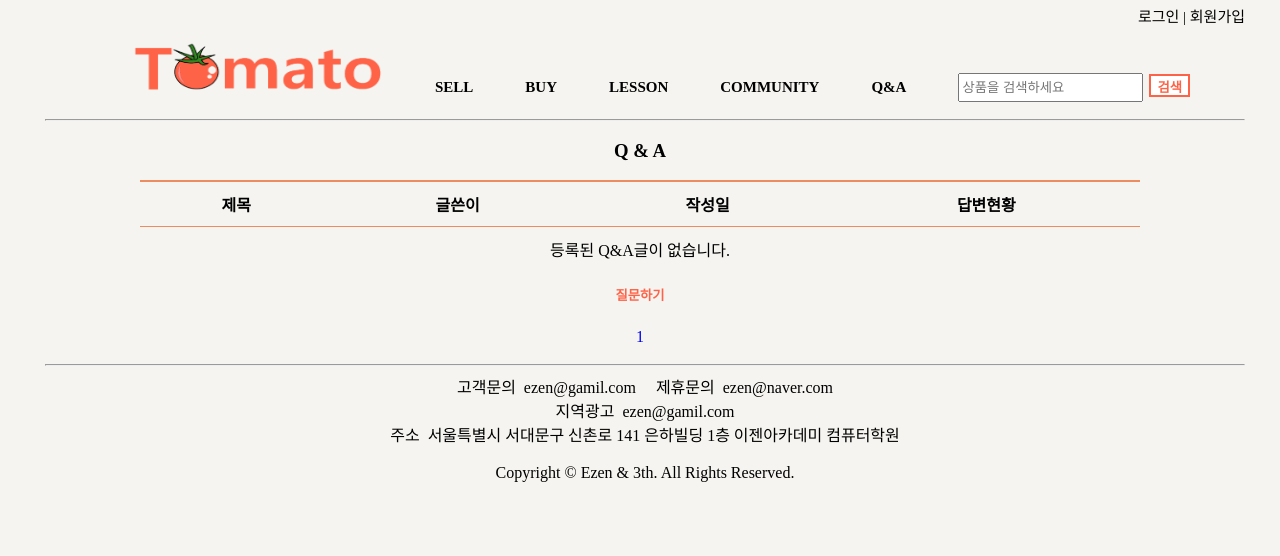
Repository: javadogfoot/semi-project
Page: http://localhost/tomato/qna/qnaList.jsp?cp=1
An editor plug-in stored every save of this project. The page is shown before and after the next save, followed by the edit.
The browser window is 1280 px wide. The pictures show the whole page.
The page is served by Tomcat 9. Other server files are loaded and not shown. Queries for data that is not in the repository find no rows.

Above is the page before, as saved 2021-10-18 17:16:29.

### semi프로젝트워크스페이스/tomato/src/main/webapp/qna/qnaList.jsp
<%@ page language="java" contentType="text/html; charset=UTF-8"
    pageEncoding="UTF-8"%>
<%@ page import="java.util.*" %>
<%@ page import="tomato.qna.*" %>
<jsp:useBean id="qdao" class="tomato.qna.QnaDAO" scope="session"></jsp:useBean>
<!DOCTYPE html>
<html>
<head>
<meta charset="UTF-8">
<title>Insert title here</title>
<link rel="stylesheet" type="text/css" href="/tomato/css/mainLayout.css">
<style>
a { text-decoration:none }
h3{
	text-align: center;
}
#table{
	margin: 0px auto;
	width: 1000px;
	border-collapse: collapse;
}
#table th{
	border-bottom: 1px solid #EB8C61;
	border-top: 2px solid #EB8C61;
	padding: 10px;
}
#table td{
	padding: 10px;
}
#joinbtnq {
   background: #f5f4f0;
   color: tomato;
   font-weight: bold;
   height: 23px;
   margin: 2px;
   border: none;
}
#joinbtnq:hover {
   background-color: tomato;
   color: white;
   font-weight: bold;
   height: 23px;
   margin: 2px;
   border: none;
  }
</style>
</head>
<%
int totalCnt=qdao.getTotalCnt();//총게시물 수
int listSize=20;//보여줄 리스트 수
int pageSize=5;//보여줄 페이지 수

String cp_s=request.getParameter("cp");
if(cp_s==null||cp_s.equals("")){
   cp_s="1";
}

int cp=Integer.parseInt(cp_s);//사용자 위치

int totalPage=(totalCnt/listSize)+1;
if(totalCnt%listSize==0)totalPage--;


int userGroup=cp/pageSize;
if(cp%pageSize==0)userGroup--;
%>
<body>
<%@include file="/header.jsp" %>
<section>
	<article>
		<h3>Q & A</h3>
		<table id="table">
			<thead>
				<tr>
					<th colspan="2">제목</th>
					<th>글쓴이</th>
					<th>작성일</th>
					<th>답변현황</th>
				</tr>
			</thead>
			<tfoot>
				<tr>
					<td colspan="5" align="center"><input type="button" value="질문하기" id="joinbtnq" onclick="location.href='qnaWrite.jsp'"></td>
				</tr>
				<tr>
					<td colspan="5" align="center">
					<%
					if(userGroup!=0){
					   %>
					   <a href="qnaList.jsp?cp=<%=(userGroup-1)*pageSize+pageSize%>">&lt;&lt;</a>
					   <%
					}
					%>
					<%
					for(int i=userGroup*pageSize+1;i<=userGroup*pageSize+pageSize;i++){
					   %>&nbsp;&nbsp;&nbsp;<a href="qnaList.jsp?cp=<%=i%>"><%=i%></a>&nbsp;&nbsp;&nbsp;<%
					   if(i==totalPage){
					      break;
					   }
					}
					%>
					<%
					if(userGroup!=(totalPage/pageSize)-(totalPage%pageSize==0?1:0)){
					   %>
					   <a href="qnaList.jsp?cp=<%=(userGroup+1)*pageSize+1%>">&gt;&gt;</a>
					   <%
					}
					%>
					</td>
				</tr>
			</tfoot>
			<tbody>
			<%
			ArrayList<QnaDTO> arr=qdao.qnaList(cp,listSize);
			if(arr==null||arr.size()==0){
				%>
				<tr>
					<td colspan="5" align="center">등록된 Q&A글이 없습니다.</td>
				</tr>
				<%
			}else {
				for(int i=0;i<arr.size();i++){
					%>
					<tr>
						<td><%=arr.get(i).getQ_idx() %></td>
						<td>
						<%
						for(int k=0;k<arr.get(i).getQ_lev();k++){
							out.println("&nbsp;&nbsp;");
						}
						%>
						<a href="qnaContent.jsp?q_idx=<%=arr.get(i).getQ_idx() %>">
						<%=arr.get(i).getQ_sub()%></a></td>
						<td><%=arr.get(i).getM_id() %></td>
						<td><%=arr.get(i).getQ_joindate() %></td>
						<td><%=arr.get(i).getQ_status() %></td>
					</tr>
					<%
				}
			}
			%>
			</tbody>
		</table>
	</article>
</section>
<%@include file="/footer.jsp" %>
</body>
</html>

### semi프로젝트워크스페이스/tomato/src/main/webapp/header.jsp
<%@ page language="java" contentType="text/html; charset=UTF-8"
    pageEncoding="UTF-8"%>
<!DOCTYPE html>
<html>
<head>
<meta charset="UTF-8">
<title>Insert title here</title>
<style>

#btn1{
   background-color: white;
   color: tomato;
   font-weight: bold;
   height:23px;
   border: none;
   margin:2px;
   border: 2px solid tomato;
}
#btn1:hovertn1{
   background-color: tomato;
   color: white;
   font-weight: bold;
   height:23px;
   border: none;
   margin:2px;
   border: 2px solid tomato;
}
</style>
</head>
<body>
<header>
<%
String m_id=(String)session.getAttribute("m_id");
String m_name=(String)session.getAttribute("m_name");
if(m_id==null){
   %>
   <div>
   <a href="/tomato/member/login.jsp">로그인</a> | <a href="/tomato/member/join.jsp">회원가입</a>
   </div>
   <%
}else{
      %>
   <div>
   <%
   if(m_id.equals("admin")){
      %>
      <a href="/tomato/admin/memberList_admin.jsp"><%=m_name %>님 마이페이지</a> |
      <%
   }else{
      %>
      <a href="/tomato/member/mypage.jsp"><%=m_name %>님 마이페이지</a> |
      <%
   }
   %>
   <a href="/tomato/member/logout.jsp">로그아웃</a>
   </div>
   <%
}
%>
<nav>
<ul>
   <li><h1><a href="/tomato/index.jsp"><img src="/tomato/img/토마토_메인로고.png" alt="메인로고" height="50px" width="250px"></a></h1></li>
   <li><h2><a href="/tomato/sell/sell.jsp">SELL</a></h2></li>
   <li><h2><a href="/tomato/buy/buyList.jsp?col=s_idx&range=desc">BUY</a></h2></li>
   <li><h2><a href="/tomato/lesson/lessonList.jsp">LESSON</a></h2></li>
   <li><h2><a href="/tomato/community/community.jsp">COMMUNITY</a></h2></li>
   <li><h2><a href="/tomato/qna/qnaList.jsp">Q&A</a></h2></li>
   <li>
		<form name="headerSearch" action="/tomato/buy/headerBuySearch.jsp" style="display: inline;">
			<input type="text" name="searchValue" placeholder="상품을 검색하세요">
			<input type="submit" value="검색" id="btn1">
		</form>
	</li>
</ul>
</nav>
<hr/>
</header>
</body>
</html>

### semi프로젝트워크스페이스/tomato/src/main/webapp/footer.jsp
<%@ page language="java" contentType="text/html; charset=UTF-8"
    pageEncoding="UTF-8"%>
<!DOCTYPE html>
<html>
<head>
<meta charset="UTF-8">
<title>Insert title here</title>
</head>
<body>
<footer>
<hr/>
<div>
고객문의&nbsp;&nbsp;ezen@gamil.com &nbsp;&nbsp;&nbsp;&nbsp;제휴문의&nbsp;&nbsp;ezen@naver.com
<br/>
지역광고&nbsp;&nbsp;ezen@gamil.com
<br/>
주소&nbsp;&nbsp;서울특별시 서대문구 신촌로 141 은하빌딩 1층 이젠아카데미 컴퓨터학원
</div>
<br/>
<div>Copyright &copy; Ezen & 3th. All Rights Reserved.</div>
</footer>
</body>
</html>

### semi프로젝트워크스페이스/tomato/src/main/java/tomato/qna/QnaDAO.java
package tomato.qna;

import java.sql.*;
import java.util.ArrayList;
import javax.naming.*;
import javax.sql.*;

import tomato.db.TomatoDB;

public class QnaDAO {

	private Connection conn;
	private PreparedStatement ps;
	private ResultSet rs;

	public QnaDAO() {
		// TODO Auto-generated constructor stub
	}

	/**ref 마지막 값 구하기 관련 메서드*/
	public int getMaxRef() {
		try {
			String sql="select max(q_ref) from tomato_qna";
			ps=conn.prepareStatement(sql);
			rs=ps.executeQuery();
			int q_ref=0;
			if(rs.next()) {
				q_ref=rs.getInt(1);
			}
			return q_ref;
		} catch (Exception e) {
			e.printStackTrace();
			return 0;
		}finally {
			try {
				if(rs!=null)rs.close();
				if(ps!=null)ps.close();
			} catch (Exception e2) {
				// TODO: handle exception
			}
		}
	}

	/**글 쓰기 관련 메서드*/
	public int qnaWrite(QnaDTO dto,String m_id) {
		try {
			conn=tomato.db.TomatoDB.getConn();
			int q_ref=getMaxRef();
			String sql="insert into tomato_qna values((select m_idx from tomato_member where m_id=?),tomato_qna_q_idx.nextval,?,?,sysdate,'미완료',?,0,0)";
			ps=conn.prepareStatement(sql);
			ps.setString(1, m_id);
			ps.setString(2, dto.getQ_sub());
			ps.setString(3, dto.getQ_con());
			ps.setInt(4, q_ref+1);

			int count=ps.executeUpdate();
			return count;
		} catch (Exception e) {
			// TODO: handle exception
			e.printStackTrace();
			return -1;
		}finally {
			try {
				if(ps!=null)ps.close();
				if(conn!=null)conn.close();
			} catch (Exception e2) {
				// TODO: handle exception
			}
		}
	}

	/**순번 수정 관련 메서드*/
	public void updateSun(int q_ref,int q_sunbun) {
		try {
			String sql="update tomato_qna set q_sunbun=q_sunbun+1 where q_ref=? and q_sunbun>=?";
			ps=conn.prepareStatement(sql);
			ps.setInt(1, q_ref);
			ps.setInt(2, q_sunbun);
			ps.executeUpdate();
		} catch (Exception e) {
			e.printStackTrace();
		}finally {
			try {
				if(ps!=null)ps.close();
			} catch (Exception e2) {
				// TODO: handle exception
			}
		}
	}

	/**답변 글쓰기 관련 메서드*/
	public int qnaReWrite(QnaDTO dto) {
		try {
			conn=tomato.db.TomatoDB.getConn();
			updateSun(dto.getQ_ref(),dto.getQ_sunbun()+1);
			String sql="insert into tomato_qna values(1,tomato_qna_q_idx.nextval,?,?,sysdate,' ',?,?,?)";
			ps=conn.prepareStatement(sql);
			ps.setString(1, dto.getQ_sub());
			ps.setString(2, dto.getQ_con());
			ps.setInt(3, dto.getQ_ref());
			ps.setInt(4, dto.getQ_lev()+1);
			ps.setInt(5, dto.getQ_sunbun()+1);
			int count=ps.executeUpdate();
			return count;
		} catch (Exception e) {
			e.printStackTrace();
			return -1;
		}finally {
			try {
				if(ps!=null)ps.close();
				if(conn!=null)conn.close();
			} catch (Exception e2) {
				// TODO: handle exception
			}
		}
	}

	/**답변시 답변완료로 바꾸는 메서드*/
	public void recomplete(int q_idx) {
		try {
			conn=tomato.db.TomatoDB.getConn();
			String sql="update tomato_qna set q_status='답완료' where q_idx=?";
			ps=conn.prepareStatement(sql);
			ps.setInt(1, q_idx);
			ps.executeUpdate();
		} catch (Exception e) {
			// TODO: handle exception
			e.printStackTrace();
		}finally {
			try {
				if(ps!=null)ps.close();
				if(conn!=null)conn.close();
			} catch (Exception e2) {
				// TODO: handle exception
			}
		}
	}

	/**총 게시물 수 반환 관련 메서드*/
	public int getTotalCnt() {
		try {
			conn=tomato.db.TomatoDB.getConn();
			String sql="select count (*) from tomato_qna";
			ps=conn.prepareStatement(sql);
			rs=ps.executeQuery();
			rs.next();
			int count=rs.getInt(1);
			return count==0?1:count;
		} catch (Exception e) {
			e.printStackTrace();
			return 1;
		}finally {
			try {
				if(rs!=null)rs.close();
				if(ps!=null)ps.close();
				if(conn!=null)conn.close();
			} catch (Exception e2) {
				// TODO: handle exception
			}
		}
	}
	/**글 목록 보기 관련 메서드 no페이징*/
	public ArrayList<QnaDTO> qnaList2() {
		try {
			conn=tomato.db.TomatoDB.getConn();

			String sql="select * from tomato_qna tq "
					+ "left join tomato_member tm on tq.m_idx = tm.m_idx order by q_idx desc";
			ps=conn.prepareStatement(sql);
			rs=ps.executeQuery();
			ArrayList<QnaDTO> arr=new ArrayList<QnaDTO>();
			while(rs.next()) {
				int m_idx=rs.getInt("m_idx");
				int q_idx=rs.getInt("q_idx");
				String q_sub=rs.getString("q_sub");
				String q_con=rs.getString("q_con");
				java.sql.Date q_joindate=rs.getDate("q_joindate");
				String q_status=rs.getString("q_status");
				String m_name=rs.getString("m_name");

				QnaDTO dto=new QnaDTO(m_idx, q_idx, q_sub, q_con, q_joindate, q_status, m_name);
				arr.add(dto);
			}
			return arr;
		} catch (Exception e) {
			e.printStackTrace();
			return null;
		}finally {
			try {
				if(rs!=null)rs.close();
				if(ps!=null)ps.close();
				if(conn!=null)conn.close();
			} catch (Exception e2) {
				// TODO: handle exception
			}
		}
	}


	/**글 목록 보기 관련 메서드 페이징*/
	public ArrayList<QnaDTO> qnaList(int cp, int ls) {
		try {
			conn=tomato.db.TomatoDB.getConn();
			int start=(cp-1)*ls+1;
			int end=cp*ls;
			String sql="select * from (select rownum as rnum,a.* from"
					+ " (select * from tomato_qna tq left join tomato_member tm on tq.m_idx = tm.m_idx order by q_ref desc, q_sunbun asc) a) b"
					+ " where rnum>=? and rnum<=?";
			ps=conn.prepareStatement(sql);
			ps.setInt(1, start);
			ps.setInt(2, end);
			rs=ps.executeQuery();

			ArrayList<QnaDTO> arr=new ArrayList<QnaDTO>();
			while(rs.next()) {
				int m_idx=rs.getInt("m_idx");
				int q_idx=rs.getInt("q_idx");
				String q_sub=rs.getString("q_sub");
				String q_con=rs.getString("q_con");
				java.sql.Date q_joindate=rs.getDate("q_joindate");
				String q_status=rs.getString("q_status");
				int q_ref=rs.getInt("q_ref");
				int q_lev=rs.getInt("q_lev");
				int q_sunbun=rs.getInt("q_sunbun");
				String m_name=rs.getString("m_name");
				String m_id=rs.getString("m_id");

				QnaDTO dto=new QnaDTO(m_idx, m_name, q_idx, q_sub, q_con, q_joindate, q_status, q_ref, q_lev, q_sunbun, m_id);
				arr.add(dto);
			}
			return arr;
		} catch (Exception e) {
			// TODO: handle exception
			e.printStackTrace();
			return null;
		}finally {
			try {
				if(rs!=null)rs.close();
				if(ps!=null)ps.close();
				if(conn!=null)conn.close();
			} catch (Exception e2) {
				// TODO: handle exception
			}
		}

	}

	/**본문 관련 메서드*/
	public QnaDTO qnaContent(int idx) {
		try {
			conn=tomato.db.TomatoDB.getConn();
			String sql="select * from tomato_qna tq left join tomato_member tm on tq.m_idx = tm.m_idx where q_idx=?";
			ps=conn.prepareStatement(sql);
			ps.setInt(1, idx);
			rs=ps.executeQuery();
			QnaDTO dto=null;
			if(rs.next()) {
				int m_idx=rs.getInt("m_idx");
				int q_idx=rs.getInt("q_idx");
				String q_sub=rs.getString("q_sub");
				String q_con=rs.getString("q_con");
				java.sql.Date q_joindate=rs.getDate("q_joindate");
				String q_status=rs.getString("q_status");
				int q_ref=rs.getInt("q_ref");
				int q_lev=rs.getInt("q_lev");
				int q_sunbun=rs.getInt("q_sunbun");
				String m_name=rs.getString("m_name");
				String m_id=rs.getString("m_id");

				dto=new QnaDTO(m_idx, q_idx, q_sub, q_con, q_joindate, q_status, q_ref, q_lev, q_sunbun, m_name, m_id);

			}
			return dto;

		} catch (Exception e) {
			// TODO: handle exception
			e.printStackTrace();
			return null;
		}finally {
			try {
				if(rs!=null)rs.close();
				if(ps!=null)ps.close();
				if(conn!=null)conn.close();
			} catch (Exception e2) {
				// TODO: handle exception
			}
		}

	}
	/**QNA질문글 ref값 추출 메서드*/
	public int getQref(int q_idx) {
		try {
			conn=tomato.db.TomatoDB.getConn();
			String sql="select q_ref from tomato_qna where q_idx=?";
			ps=conn.prepareStatement(sql);
			ps.setInt(1, q_idx);
			rs=ps.executeQuery();
			int q_ref=0;
			if(rs.next()) {
				q_ref=rs.getInt(1);
			}
			return q_ref;

		} catch (Exception e) {
			// TODO: handle exception
			e.printStackTrace();
			return 0;
		}finally {
			try {
				if(rs!=null)rs.close();
				if(ps!=null)ps.close();
				if(conn!=null)conn.close();
			} catch (Exception e2) {
				// TODO: handle exception
			}
		}

	}

	/**QNA질문글 삭제 관련 메서드*/
	public int qnaDel(int q_ref) {
		try {
			conn=tomato.db.TomatoDB.getConn();
			String sql="delete from tomato_qna where q_ref=?";
			ps=conn.prepareStatement(sql);
			ps.setInt(1, q_ref);
			int count=ps.executeUpdate();

			return count;

		} catch (Exception e) {
			// TODO: handle exception
			e.printStackTrace();
			return -1;
		}finally {
			try {
				if(ps!=null)ps.close();
				if(conn!=null)conn.close();
			} catch (Exception e2) {
				// TODO: handle exception
			}
		}
	}

	/**관리자 답변글 삭제 관련 메서드*/
	public int qnaDelAdmin(int idx) {
		try {
			conn=tomato.db.TomatoDB.getConn();
			String sql="delete from tomato_qna where q_idx=?";
			ps=conn.prepareStatement(sql);
			ps.setInt(1, idx);
			int count=ps.executeUpdate();
			return count;
		} catch (Exception e) {
			// TODO: handle exception
			e.printStackTrace();
			return -1;
		}finally {
			try {
				if(ps!=null)ps.close();
				if(conn!=null)conn.close();
			} catch (Exception e2) {
				// TODO: handle exception
			}
		}

	}

	/**Q&A질문 키워드 검색 관련 메서드*/
	public ArrayList<QnaDTO> keywordFind(String keyword){
		try {

			conn=tomato.db.TomatoDB.getConn();
			String sql="select * from tomato_qna tq left join tomato_member tm on tq.m_idx = tm.m_idx where q_sub like '%"+keyword+"%'";
			ps=conn.prepareStatement(sql);
			rs=ps.executeQuery();
			ArrayList<QnaDTO> arr=new ArrayList<QnaDTO>();
			while(rs.next()) {
				int m_idx=rs.getInt("m_idx");
				int q_idx=rs.getInt("q_idx");
				String q_sub=rs.getString("q_sub");
				String q_con=rs.getString("q_con");
				java.sql.Date q_joindate=rs.getDate("q_joindate");
				String q_status=rs.getString("q_status");
				int q_ref=rs.getInt("q_ref");
				int q_lev=rs.getInt("q_lev");
				int q_sunbun=rs.getInt("q_sunbun");
				String m_name=rs.getString("m_name");
				String m_id=rs.getString("m_id");

				QnaDTO dto=new QnaDTO(m_idx, q_idx, q_sub, q_con, q_joindate, q_status, q_ref, q_lev, q_sunbun, m_name, m_id);
				arr.add(dto);
			}
			return arr;
		} catch (Exception e) {
			// TODO: handle exception
			e.printStackTrace();
			return null;
		}finally {
			try {
				if(rs!=null)rs.close();
				if(ps!=null)ps.close();
				if(conn!=null)conn.close();
			} catch (Exception e2) {
				// TODO: handle exception
			}
		}
	}

	/**마이페이지 내글 목록 조회 관련 메서드*/
	public ArrayList<QnaDTO> mypageQna(int idx, int cp, int ls) {
		try {
			conn=tomato.db.TomatoDB.getConn();
			int start=(cp-1)*ls+1;
			int end=cp*ls;
			String sql="select * from (select rownum as rnum,a.* from"
					+ " (select * from tomato_qna where m_idx=? order by q_ref desc, q_sunbun asc) a) b"
					+ " where rnum>=? and rnum<=?";
			ps=conn.prepareStatement(sql);
			ps.setInt(1, idx);
			ps.setInt(2, start);
			ps.setInt(3, end);
			rs=ps.executeQuery();

			ArrayList<QnaDTO> arr=new ArrayList<QnaDTO>();
			while(rs.next()) {
				int m_idx=rs.getInt("m_idx");
				int q_idx=rs.getInt("q_idx");
				String q_sub=rs.getString("q_sub");
				String q_con=rs.getString("q_con");
				java.sql.Date q_joindate=rs.getDate("q_joindate");
				String q_status=rs.getString("q_status");
				int q_ref=rs.getInt("q_ref");
				int q_lev=rs.getInt("q_lev");
				int q_sunbun=rs.getInt("q_sunbun");

				QnaDTO dto=new QnaDTO(m_idx, q_idx, q_sub, q_con, q_joindate, q_status, q_ref, q_lev, q_sunbun);
				arr.add(dto);
			}
			return arr;
		} catch (Exception e) {
			// TODO: handle exception
			e.printStackTrace();
			return null;
		}finally {
			try {
				if(rs!=null)rs.close();
				if(ps!=null)ps.close();
				if(conn!=null)conn.close();
			} catch (Exception e2) {
				// TODO: handle exception
			}
		}

	}


}

### semi프로젝트워크스페이스/tomato/src/main/java/tomato/db/TomatoDB.java
package tomato.db;

import java.sql.*;
import javax.sql.*;
import javax.naming.*;

public class TomatoDB {

	static DataSource ds;

	static{
		try {
		Context initContext = new InitialContext();
		Context envContext  = (Context)initContext.lookup("java:/comp/env");
		ds = (DataSource)envContext.lookup("jdbc/myoracle");
		}catch(Exception e) {
			e.printStackTrace();
		}
	}

	public static Connection getConn() throws Exception{
		return ds.getConnection();
	}
}

### semi프로젝트워크스페이스/tomato/src/main/webapp/css/mainLayout.css
@charset "UTF-8";
body{
   background-color: #f5f4f0;
   margin: 5px auto;
   width: 1200px;
}
header{
   width: 1200px;
   margin: 5px;
}
header div{
   text-align: right;
   font-size: 15px;
}
header div a{
   color: black;
   text-decoration: none;
}
header div a:hover{
   color: black;
   text-decoration: underline;
}
h1{
   font-size: 45px;
   color: tomato;
   display: inline;
}
h1 a{
   text-decoration: none;
   color: tomato;
}
h2{
   color: black;
   display: inline;
   font-size: 15px;
}
h2 a{
   text-decoration: none;
   color: black;
}
header nav li{
   list-style-type: none;
   display: inline;
   color: black;
   margin-left: 48px;
}
header input{

   height: 23px;
}
section{
   width: 1200px;
}
footer{
   width: 1200px;
   clear: both;
   margin: 5px;
   text-align: center;
}

After the next save:
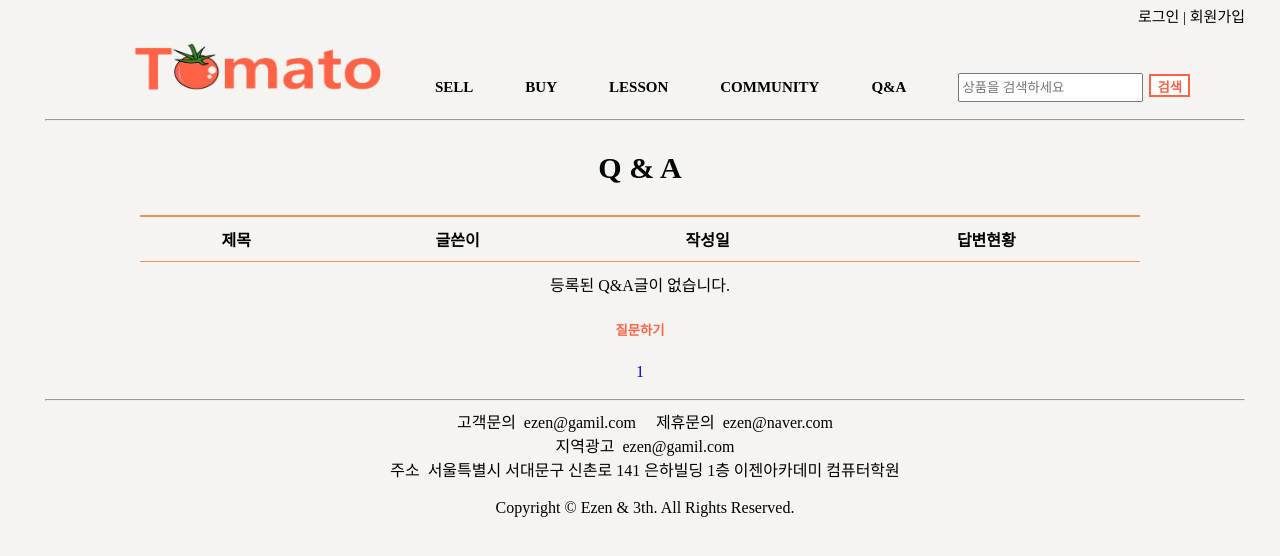
Saved 19 s later.
--- a/semi프로젝트워크스페이스/tomato/src/main/webapp/qna/qnaList.jsp
+++ b/semi프로젝트워크스페이스/tomato/src/main/webapp/qna/qnaList.jsp
@@ -13,6 +13,7 @@
 a { text-decoration:none }
 h3{
 	text-align: center;
+	font-size: 30px;
 }
 #table{
 	margin: 0px auto;
